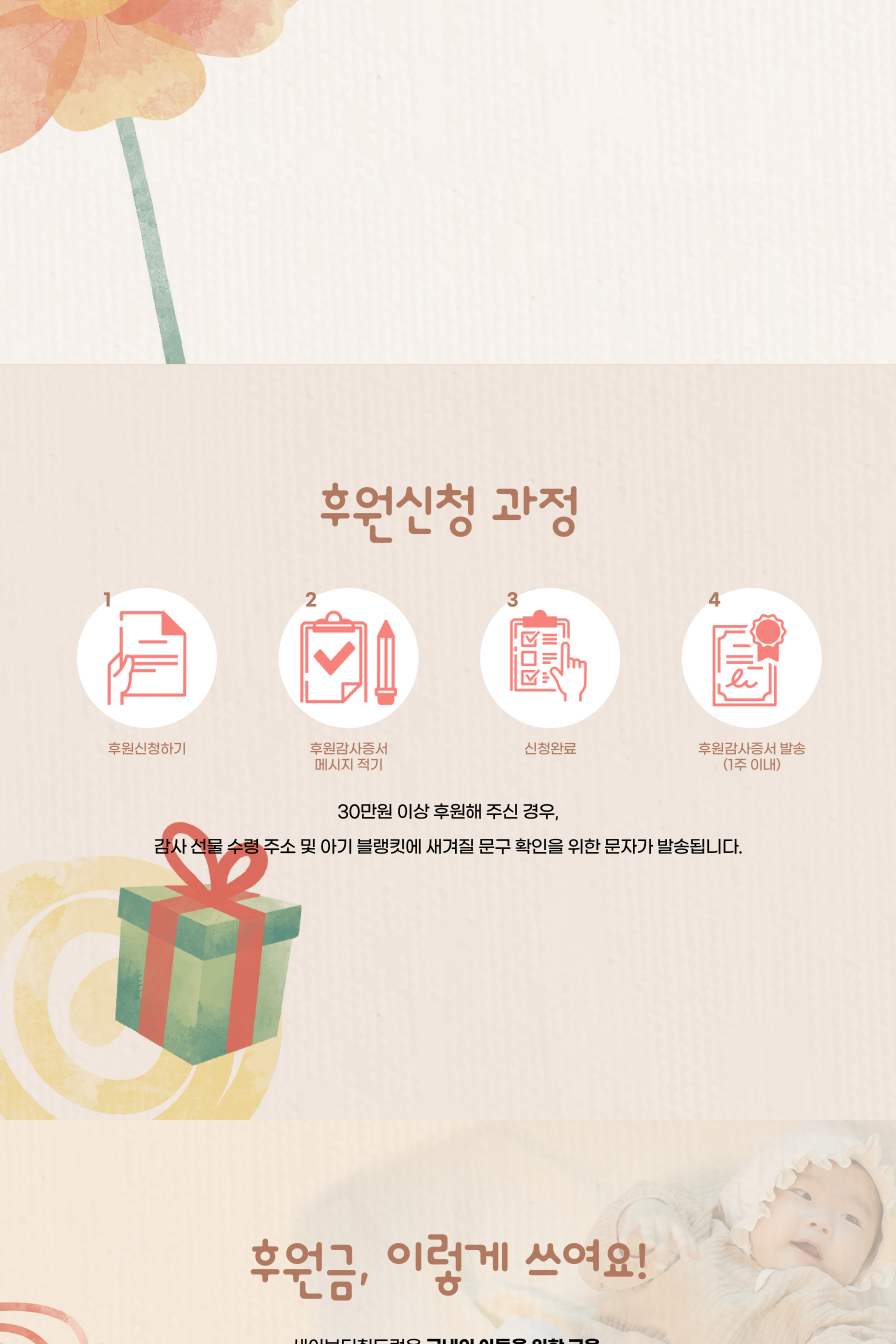
Repository: dlgywls1130/save_the_children
Page: index.html
An editor plug-in stored every save of this project. The page is shown before and after the next save, followed by the edit.
The browser window is 1280 px wide. The pictures show the part of the page from y = 4580 to 6500 px (the page is 6880 px tall), at 70% of full size.

Above is the page before, as saved 2023-12-13 10:54:04.

After the next save:
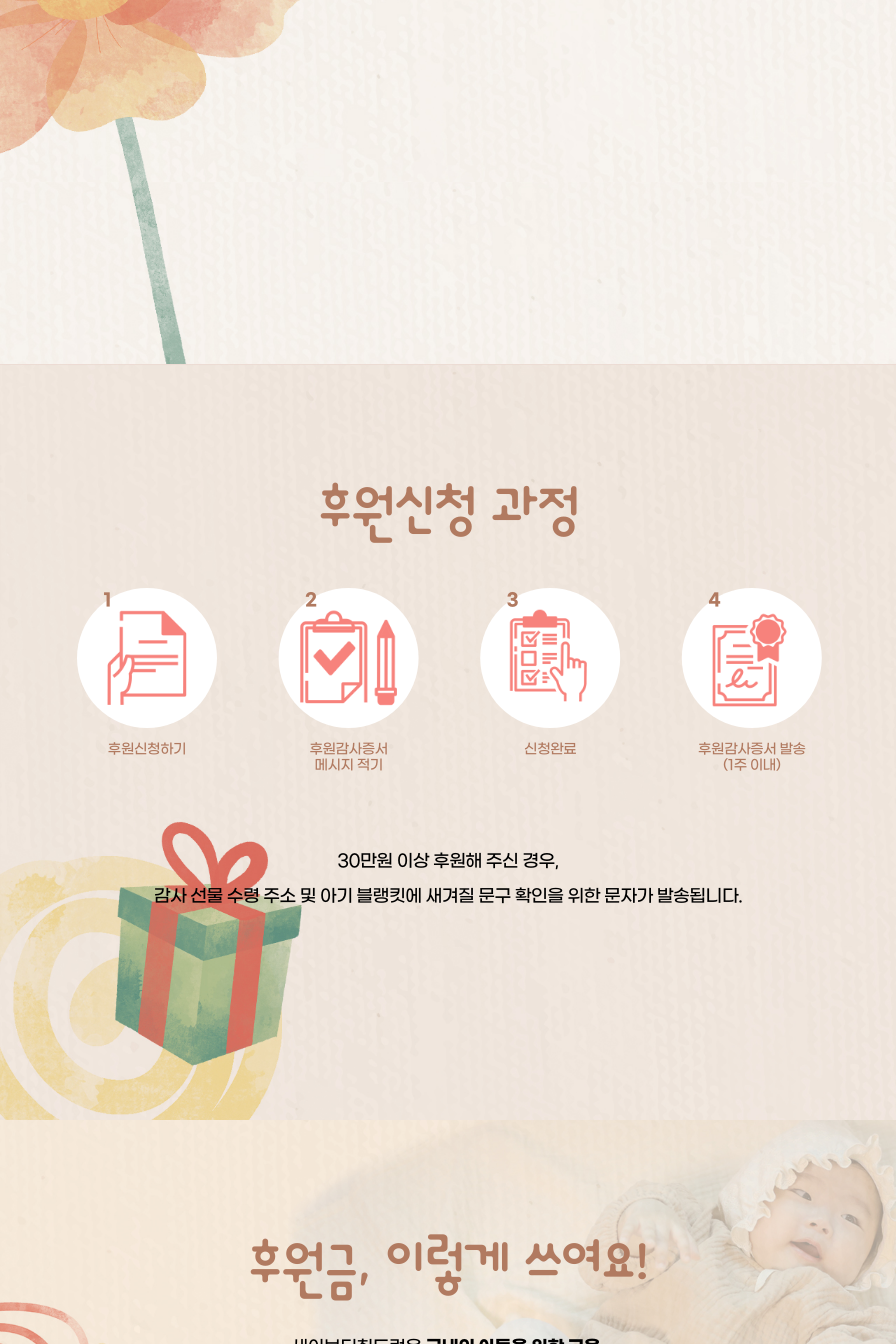
Saved 31 s later.
--- a/css/style.css
+++ b/css/style.css
@@ -111,7 +111,7 @@
 
 /* common */
 .mb-45{margin-bottom: 45px;}
-.mt-100{margin-top: 100px;}
+.mt-100{margin-top: 100px!important;}
 
 /* section01 */
 
